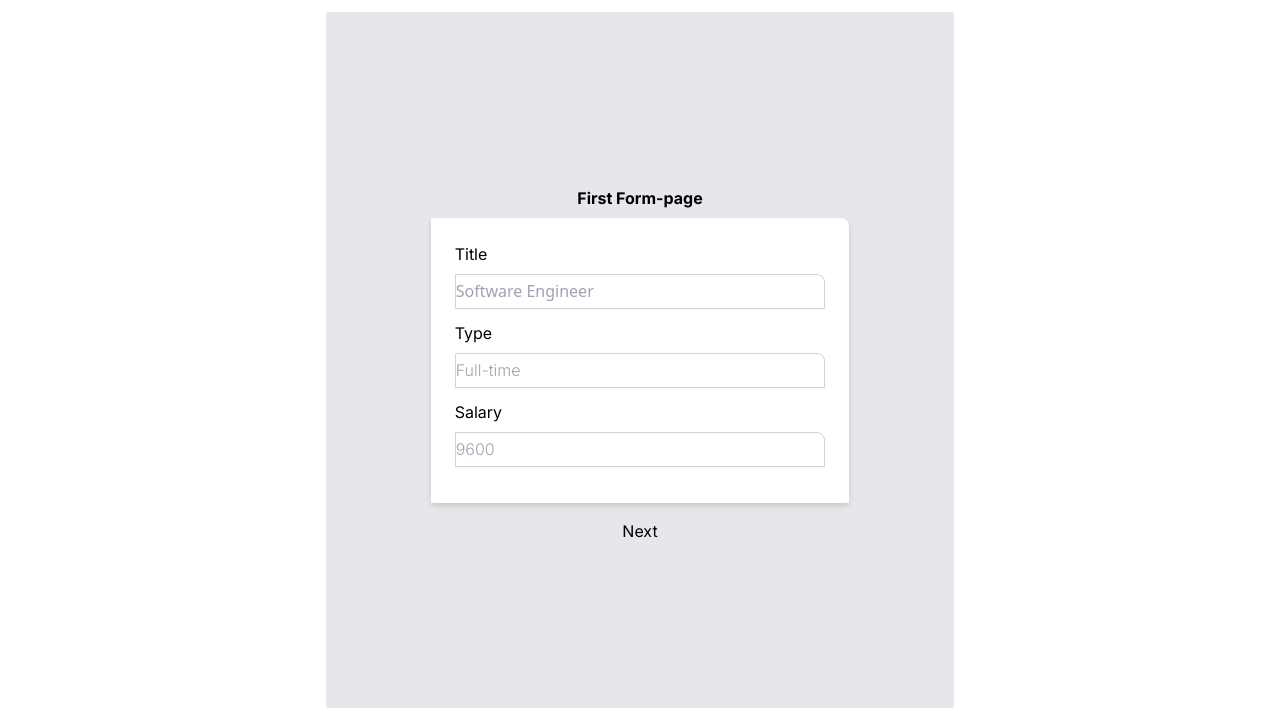
Repository: Abdibaye/Job-Sphere
Page: /form
An editor plug-in stored every save of this project. The page is shown before and after the next save, followed by the edit.
The browser window is 1280 px wide. The pictures show the whole page.
The project was rebuilt for these pictures with package versions that can differ from the ones it lists, and the page was loaded fresh each time. Also part of the build but not shown: vite.config.js, src/components/search.jsx, src/components/navbar.jsx, src/pages/descriptionpage.jsx, src/components/job.jsx, src/components/feed.jsx, src/components/saved.jsx, src/components/filter.jsx and 4 more.

Above is the page before, as saved 2025-02-23 00:14:00.

After the next save:
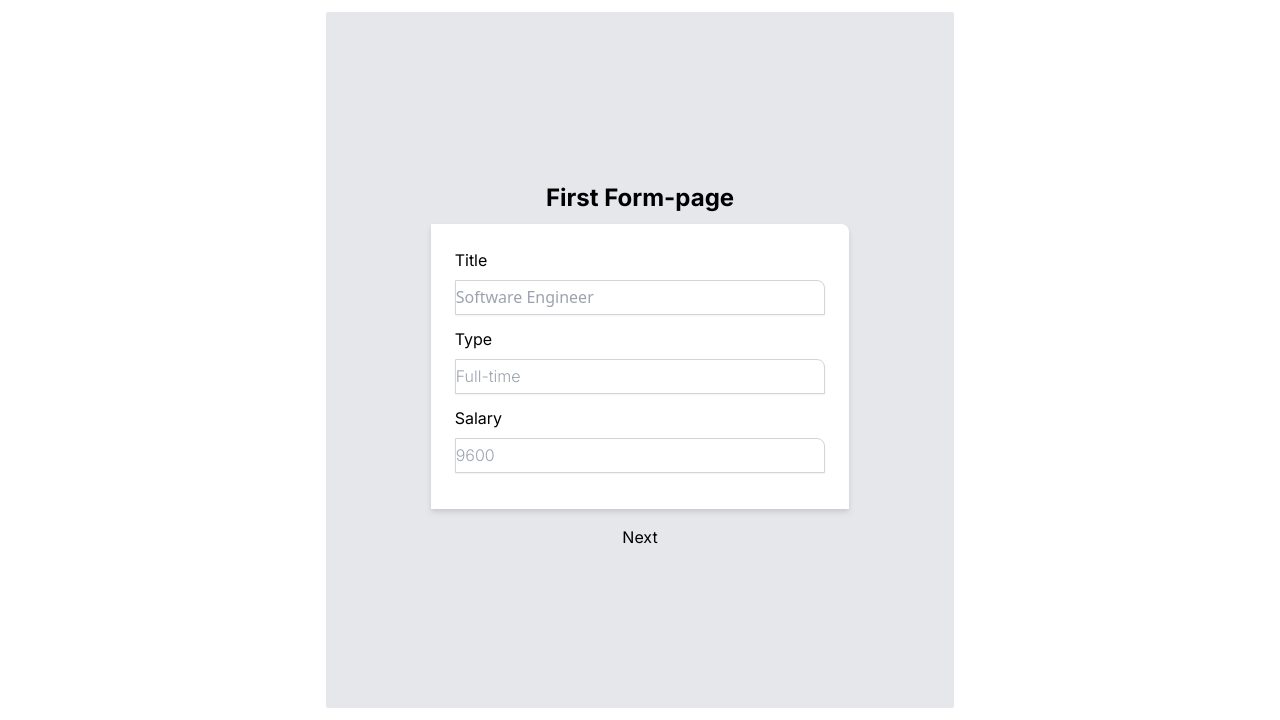
Saved 15 s later.
--- a/src/components/form.jsx
+++ b/src/components/form.jsx
@@ -5,7 +5,7 @@ function Form(){
     return(
         <div className=" h-screen font-inter   flex justify-center p-3 ">
             <div className="bg-gray-200 w-1/2 rounded-sm flex flex-col justify-center items-center">
-            <h1 className="m-2 font-bold">First Form-page</h1>
+            <h1 className="m-2 font-bold text-[24px]">First Form-page</h1>
               <div className="bg-[#fff] w-2/3 h-fit flex flex-col justify-center p-6 rounded-tr-lg drop-shadow-md">
                 <p className="mb-2">Title</p>
                 <input className="mb-3 h-[35px] border border-gray-300 rounded-tr-lg shadow-sm focus:outline-none font-sans font-light" type="text" placeholder="Software Engineer" />
